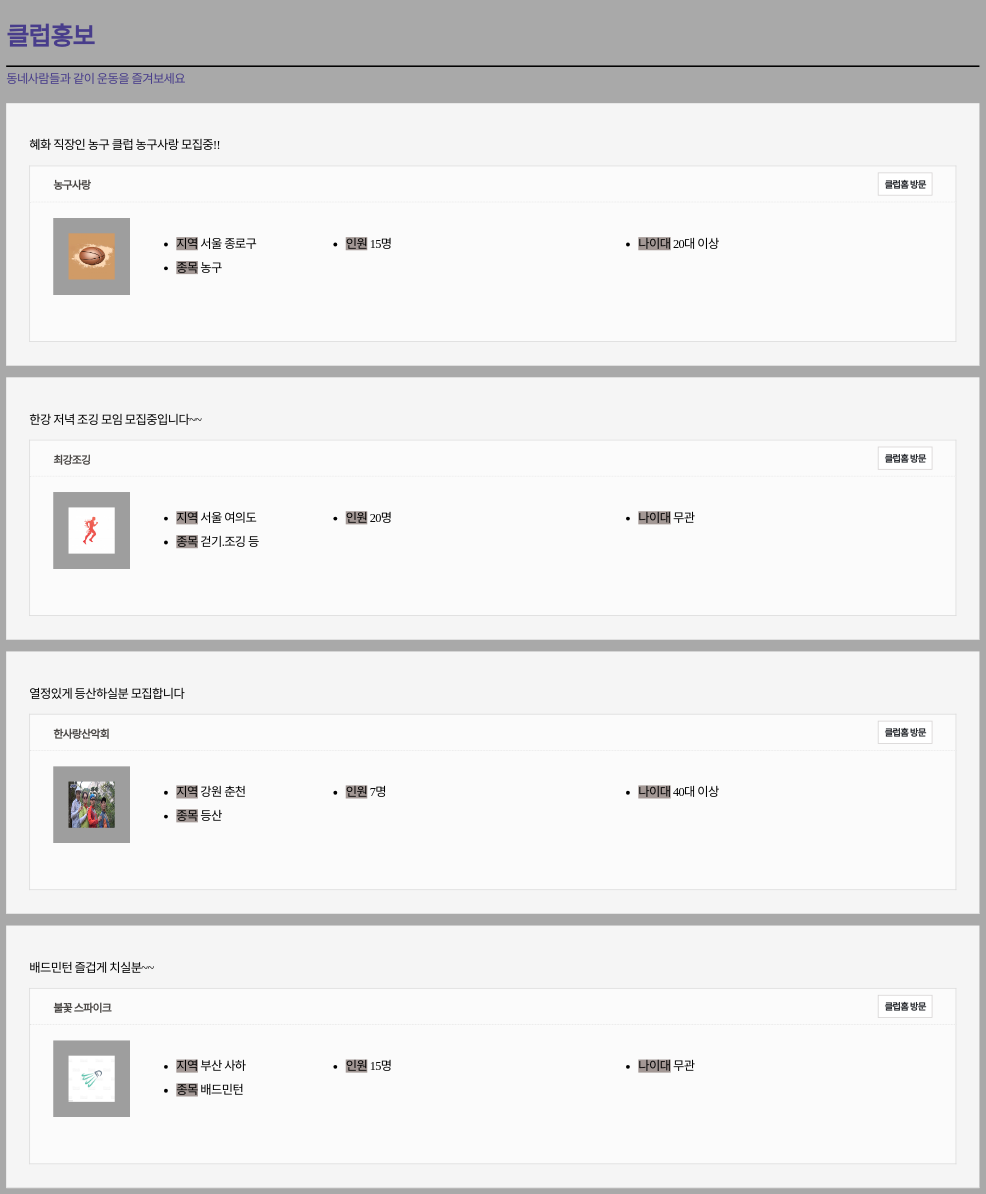
Repository: jaemin333/study
Page: club.html
The author's editor kept a copy of each file at every save. The page is drawn from the files as they stood at one save, then again after a run of saves.
The browser window is 1280 px wide. The pictures show the whole page, at 77% of full size.
Pictures or frames that could not be fetched are drawn as grey boxes.

Above is the page before, as saved 2021-07-03 00:12:55.

### club.html
<!DOCTYPE html>
<html lang="ko">
<head>
    <meta charset="UTF-8">
    <meta http-equiv="X-UA-Compatible" content="IE=edge">
    <meta name="viewport" content="width=device-width, initial-scale=1.0">
    <link rel ="stylesheet" type = "text/css" href = "style.css">
    <title>club</title>
</head>
<body>
    <div id = "body_left">
    <div class="title">
        <h1 class="h1">클럽홍보</h1>
        <span class = "sentence">동네사람들과 같이 운동을 즐겨보세요</span>
    </div>

    <div class ="clanTop">
        <span></span>
    </div>

    <div class = "clubList">
    <div class = "clubBox cbBg">
        <p class = "clubTip">
            <a>혜화 직장인 농구 클럽 농구사랑 모집중!!</a>
        </p>
    <div class ="cbClubName">
        <a>농구사랑</a>
        <a class ="iButton">클럽홈 방문</a>
    </div>

    <div class ="cbInfo">
        <div class="cbMark">
            <span class="clubmark">
                <img src = "bask.png" width="60" height=60">
        </div>
    <ul>
        <li>
            <span class = "info dark">지역</span>
             서울 종로구
        </li>
        <li style = "width:380px;">
            <span class = "info dark">인원</span>
             15명
        </li>
        <li style = "width:380px;">
            <span class = "info dark">나이대</span>
             20대 이상
        </li>
        <li style = "width:380px;">
            <span class = "info dark">종목</span>
             농구
        </li>
    </ul>
    </div>
    </div>
    </div>

    <div class = "clubList">
        <div class = "clubBox cbBg">
            <p class = "clubTip">
                <a>한강 저녁 조깅 모임 모집중입니다~~</a>
            </p>
        <div class ="cbClubName">
            <a>최강조깅</a>
            <a class ="iButton">클럽홈 방문</a>
        </div>

        <div class ="cbInfo">
            <div class="cbMark">
                <span class="clubmark">
                    <img src = "run.jpg" width="60" height="60">
            </div>
        <ul>
            <li>
                <span class = "info dark">지역</span>
                 서울 여의도
            </li>
            <li style = "width:380px;">
                <span class = "info dark">인원</span>
                 20명
            </li>
            <li style = "width:380px;">
                <span class = "info dark">나이대</span>
                 무관
            </li>
            <li style = "width:380px;">
                <span class = "info dark">종목</span>
                 걷기.조깅 등
            </li>
        </ul>
        </div>
        </div>
        </div>

        <div class = "clubList">
            <div class = "clubBox cbBg">
                <p class = "clubTip">
                    <a>열정있게 등산하실분 모집합니다</a>
                </p>
            <div class ="cbClubName">
                <a>한사랑산악회</a>
                <a class ="iButton">클럽홈 방문</a>
            </div>

            <div class ="cbInfo">
                <div class="cbMark">
                    <span class="clubmark">
                        <img src = "hike.png" width="60" height="60">
                </div>
            <ul>
                <li>
                    <span class = "info dark">지역</span>
                     강원 춘천
                </li>
                <li style = "width:380px;">
                    <span class = "info dark">인원</span>
                     7명
                </li>
                <li style = "width:380px;">
                    <span class = "info dark">나이대</span>
                     40대 이상
                </li>
                <li style = "width:380px;">
                    <span class = "info dark">종목</span>
                     등산
                </li>
            </ul>
            </div>
            </div>
            </div>


            <div class = "clubList">
                <div class = "clubBox cbBg">
                    <p class = "clubTip">
                        <a>배드민턴 즐겁게 치실분~~</a>
                    </p>
                <div class ="cbClubName">
                    <a>불꽃 스파이크</a>
                    <a class ="iButton">클럽홈 방문</a>
                </div>

                <div class ="cbInfo">
                    <div class="cbMark">
                        <span class="clubmark">
                            <img src = "badminton.jpg" width="60" height="60">
                    </div>
                <ul>
                    <li>
                        <span class = "info dark">지역</span>
                         부산 사하
                    </li>
                    <li style = "width:380px;">
                        <span class = "info dark">인원</span>
                         15명
                    </li>
                    <li style = "width:380px;">
                        <span class = "info dark">나이대</span>
                         무관
                    </li>
                    <li style = "width:380px;">
                        <span class = "info dark">종목</span>
                         배드민턴
                    </li>
                </ul>
                </div>
                </div>
                </div>

    </div>






</body>
</html>

### style.css
div {
    display:block;
}



body {
    background-color: darkgray;
    word-break: break-all;
    -ms-word-break: break-all;
    letter-spacing: -0.050em;
}


.clubBox{
    position: relative;
    padding: 25px 30px 30px 30px;
    border-bottom: 1px solid #dddddd;
}


ul{
    display: block;
    margin-block-start: 1em;
    margin-block-end: 1em;
    margin-inline-start: 0px;
    margin-inline-end: 0px;
    padding-inline-start: 40px;
}

.clubBox li .info.dark{
    background-color: #a39895;
}

.iButton {
    display: inline-block;
    height: 18px;
    padding: 5px 8px;
    font-size: 12px;
    font-weight: bold;
    color: #24272c;
    text-align: center;
    background-color: white;
    border: 1px solid #d4d1d1;
}

.clubBox .iButton {
    position: absolute;
    top: 8px;
    right: 30px;
}

li {
    display: list-item;
    text-align: -webkit-match-parent;
}

.clubBox .cbInfo li {
    float: left;
    width: 220px;
    margin: 4px 0 3px 0;
    font-size: 16px;
    color: black;
}

.cbClubName {
    padding-bottom: 10px;
}

.clubBox .cbInfo {
    position: relative;
    padding: 20px;
    padding-left: 150px;
    border: 1px solid #dadada;
    border-top: 0;
    background-color: #fbfbfb;
    height:140px;
}

.clubBox .clubTit {
    margin-bottom: 15px;
    font-size: 16px;
    font-weight: bold;
    color: black;
}

p {
    display: block;
    margin-block-start: 1em;
    margin-block-end: 1em;
    margin-inline-start: 0px;
    margin-inline-end: 0px;
}

.clubBox .cbClubName {
    position: relative;
    padding: 14px 30px 12px 30px;
    font-size: 14px;
    font-weight: bold;
    color: #4b4846;
    border: 1px solid #dadada;
    border-bottom: 1px dotted #dddddd;
    background-color: #fbfbfb;
}

.clubBox .cbMark {
    position: absolute;
    top: 20px;
    left: 30px;
    background: url(https://img.sa.nexon.com/assets/clan/clamark_bg.jpg) no-repeat;
    width: 60px;
    height: 60px;
    padding: 20px 20px;
}

.clubTip a {
    color: black;
    text-decoration: none;
}

.title {
    position: relative;
    height: 39px;
    margin: 0 0 25px 0;
    font-size: 16px;
    color: darkslateblue;
}

.cbBg{
    background-color: #f5f5f5;
    margin-top: 15px;
}


.sentence {
    vertical-align: -4px;

}

.clanTop {
    position: relative;
    height: 2px;
    padding: 30px 0 0 0;
    font-size: 13px;
    color: #999999;
    border-top: 2px solid black;
}

/*#body_left {
    position: relative;
    float: left;
    width: 850px;
    margin-bottom: 100px;
    padding: 40px 0 0 0;
}

After the next 2 saves:
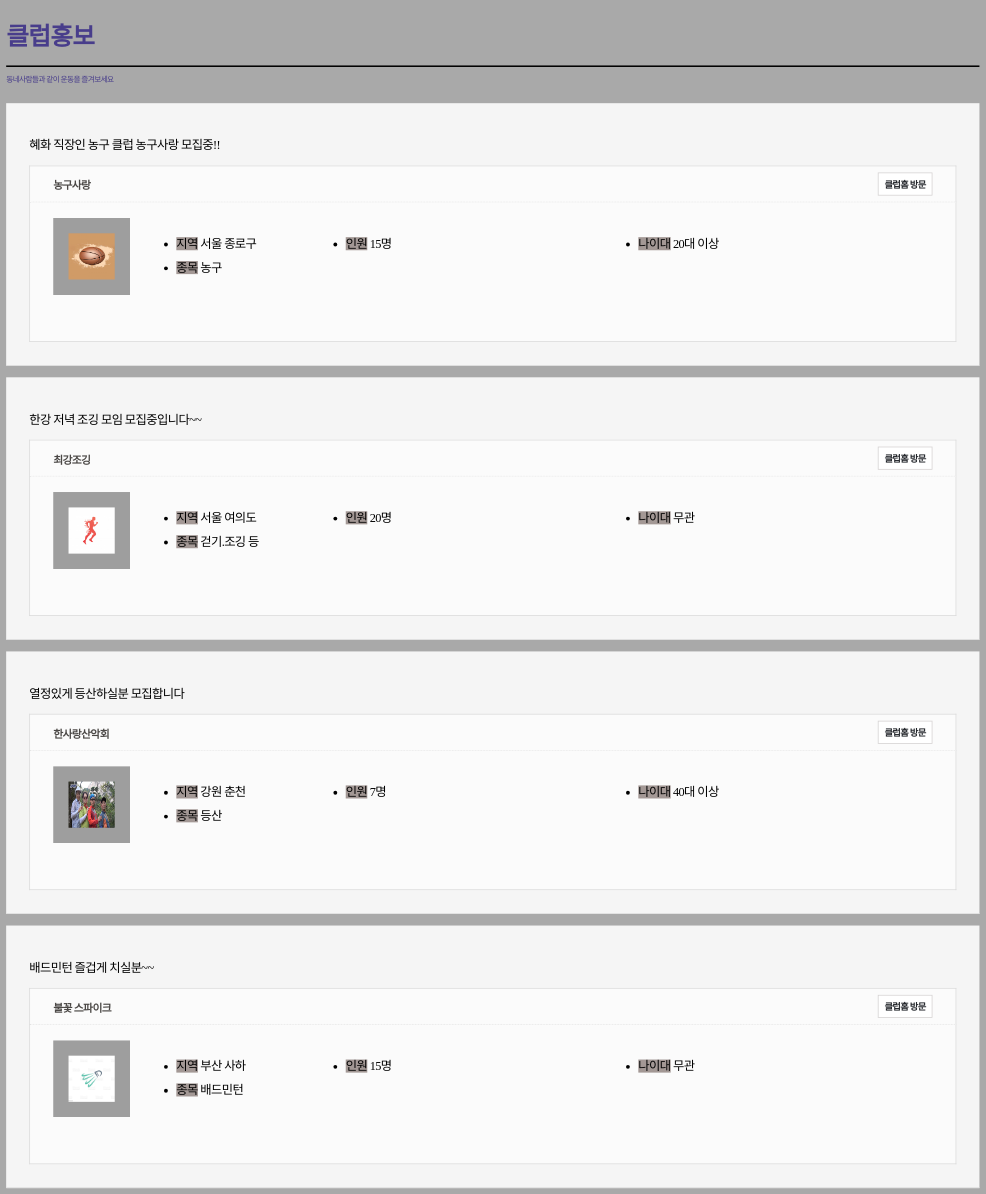
The 2 saves are shown as one change because they came seconds apart.
The last was saved 15 s later.
--- a/style.css
+++ b/style.css
@@ -134,6 +134,7 @@ p {
 
 .sentence {
     vertical-align: -4px;
+    font-size: 10px;
 
 }
 
